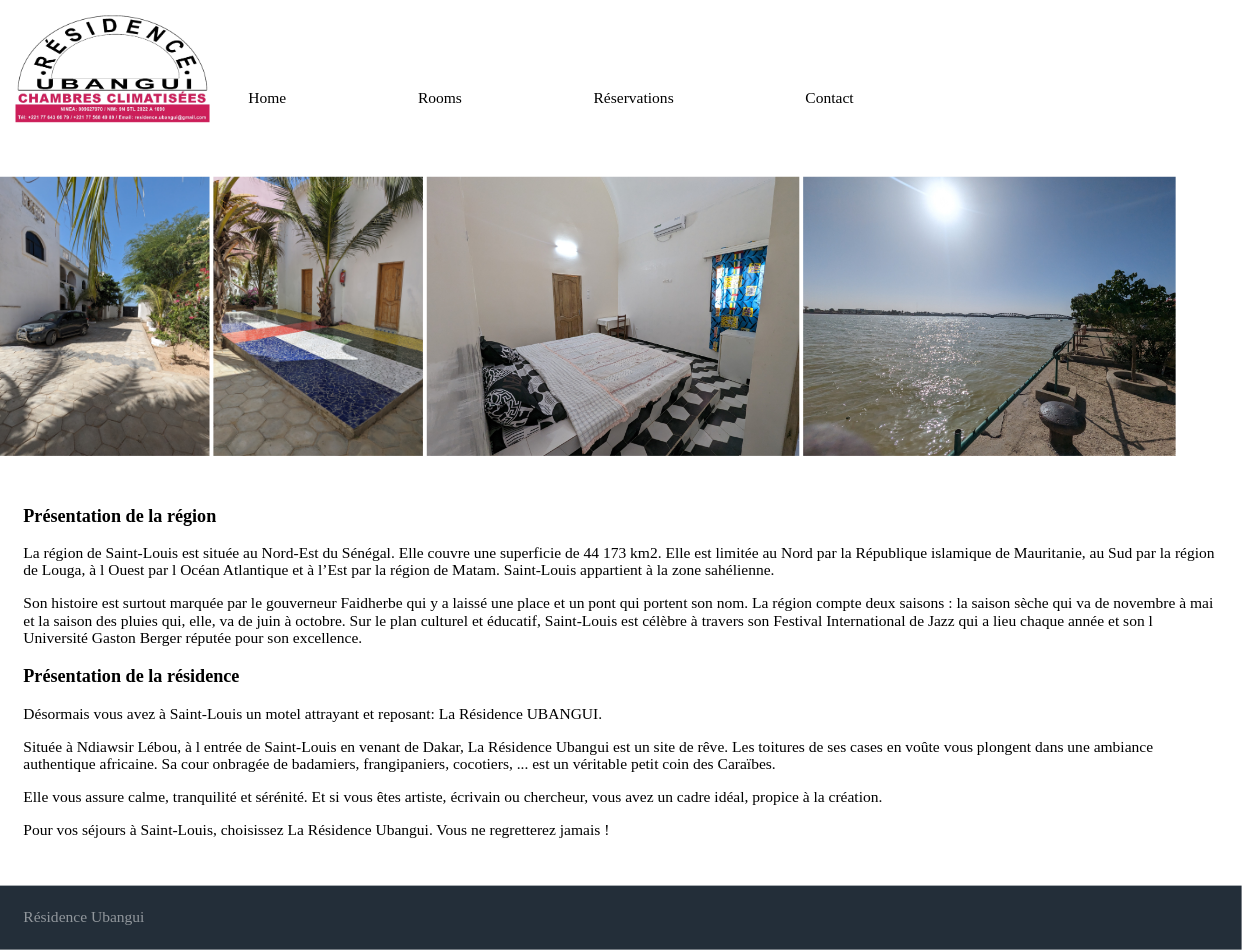
Repository: Nedjim/ubangui
Page: /
The author's editor kept a copy of each file at every save. The page is drawn from the files as they stood at one save, then again after the next save.
The browser window is 1280 px wide. The pictures show the whole page, at 97% of full size.
The project was rebuilt for these pictures with package versions that can differ from the ones it lists, and the page was loaded fresh each time. The framework's server and built-in components were replaced by stand-ins that run in the browser. Also part of the build but not shown: nuxt.config.ts, components/PageTitle.vue, components/Test.vue.

Above is the page before, as saved 2024-01-11 20:37:59.

### components/Carousel.vue
<template>
     <div class="carousel">
      <img src="~/assets/img/home-1.jpg" alt="home-1" />
      <img src="~/assets/img/home-2.jpg" alt="home-2" />
      <img src="~/assets/img/room-1.jpg" alt="room-1" />
      <img src="~/assets/img/landscape.jpg" alt="landscape" />
    </div>
</template>


<style scoped lang="scss">
.carousel {
  display: flex;
  overflow: hidden;
  height: 40vh;
  gap: 4px;
}
</style>

### components/Footer.vue
<template>
  <footer>
    <div class="content">
      Résidence Ubangui
    </div>
  </footer>
</template>

<style  scoped lang="scss">
footer {
  width: 100%;
  padding: 16px 0;
  background: #232e39;
  color: rgba(255,255,255,.5);

  .content {
    padding: 8px 24px;
  }
}
</style>

### components/Header.vue
<template>
  <header>
    <nav>
      <img class="logo" src="~/assets/img/logo.jpg" alt="logo-ubangui" />
      <ul>
        <li><NuxtLink to="/home">Home</NuxtLink></li>
        <li><NuxtLink to="/rooms">Rooms</NuxtLink></li>
        <li><NuxtLink to="/reservations">Réservations</NuxtLink></li>
        <li><NuxtLink to="/contact">Contact</NuxtLink></li>
      </ul>
    </nav>
  </header>
</template>

<style scoped lang="scss">
.logo {
  width: 200px;
}

header {
  padding: 16px;
}

nav {
  display: flex;
  margin-bottom: 40px;
  ul {
    width: 50%;
    display: flex;
    justify-content: space-between;
    align-items: flex-end;
    li {
      list-style-type: none;
      a {
        text-decoration: none;
        color: black;
      }
    }
  }
}
</style>

### app.vue
<script setup lang="ts">
useHead({
  title: "Ubangui",
  meta: [{ name: "Residence Ubangui", content: "Sénégal" }],
  bodyAttrs: {
    class: "test",
  },
  script: [{ innerHTML: "console.log('Hello world')" }],
});
</script>
<template>
  <div>
    <Header />
    <NuxtPage />
    <Footer />
  </div>
</template>

<style lang="scss">
body {
  margin: 0;
}
</style>

### pages/index.vue
<script setup lang="ts">
const region_intro =
  "La région de Saint-Louis est située au Nord-Est du Sénégal. Elle couvre une superficie de 44 173 km2. Elle est limitée au Nord par la République islamique de Mauritanie, au Sud par la région de Louga, à l Ouest par l Océan Atlantique et à l’Est par la région de Matam. Saint-Louis appartient à la zone sahélienne.";
const region_paragraph1 =
  "Son histoire est surtout marquée par le gouverneur Faidherbe qui y a laissé une place et un pont qui portent son nom. La région compte deux saisons : la saison sèche qui va de novembre à mai et la saison des pluies qui, elle, va de juin à octobre. Sur le plan culturel et éducatif, Saint-Louis est célèbre à travers son Festival International de Jazz qui a lieu chaque année et son l Université Gaston Berger réputée pour son excellence.";

const residence_intro =
  "Désormais vous avez à Saint-Louis un motel attrayant et reposant: La Résidence UBANGUI.";
const residence_paragraph1 =
  "Située à Ndiawsir Lébou, à l entrée de Saint-Louis en venant de Dakar, La Résidence Ubangui est un site de rêve. Les toitures de ses cases en voûte vous plongent dans une ambiance authentique africaine. Sa cour onbragée de badamiers, frangipaniers, cocotiers, ... est un véritable petit coin des Caraïbes.";
const residence_paragraph2 =
  "Elle vous assure calme, tranquilité et sérénité. Et si vous êtes artiste, écrivain ou chercheur, vous avez un cadre idéal, propice à la création.";
const residence_paragraph3 =
  "Pour vos séjours à Saint-Louis, choisissez La Résidence Ubangui. Vous ne regretterez jamais !";
</script>

<template>
  <div>
    <Carousel />
    <div class="presentation">
      <div>
        <h3>Présentation de la région</h3>
        <p>{{ region_intro }}</p>
        <p>{{ region_paragraph1 }}</p>
      </div>
      <div>
        <h3>Présentation de la résidence</h3>
        <p>{{ residence_intro }}</p>
        <p>{{ residence_paragraph1 }}</p>
        <p>{{ residence_paragraph2 }}</p>
        <p>{{ residence_paragraph3 }}</p>
      </div>
    </div>
  </div>
</template>
<style scoped lang="scss">
.presentation {
  padding: 32px 24px;
}
</style>

After the next save:
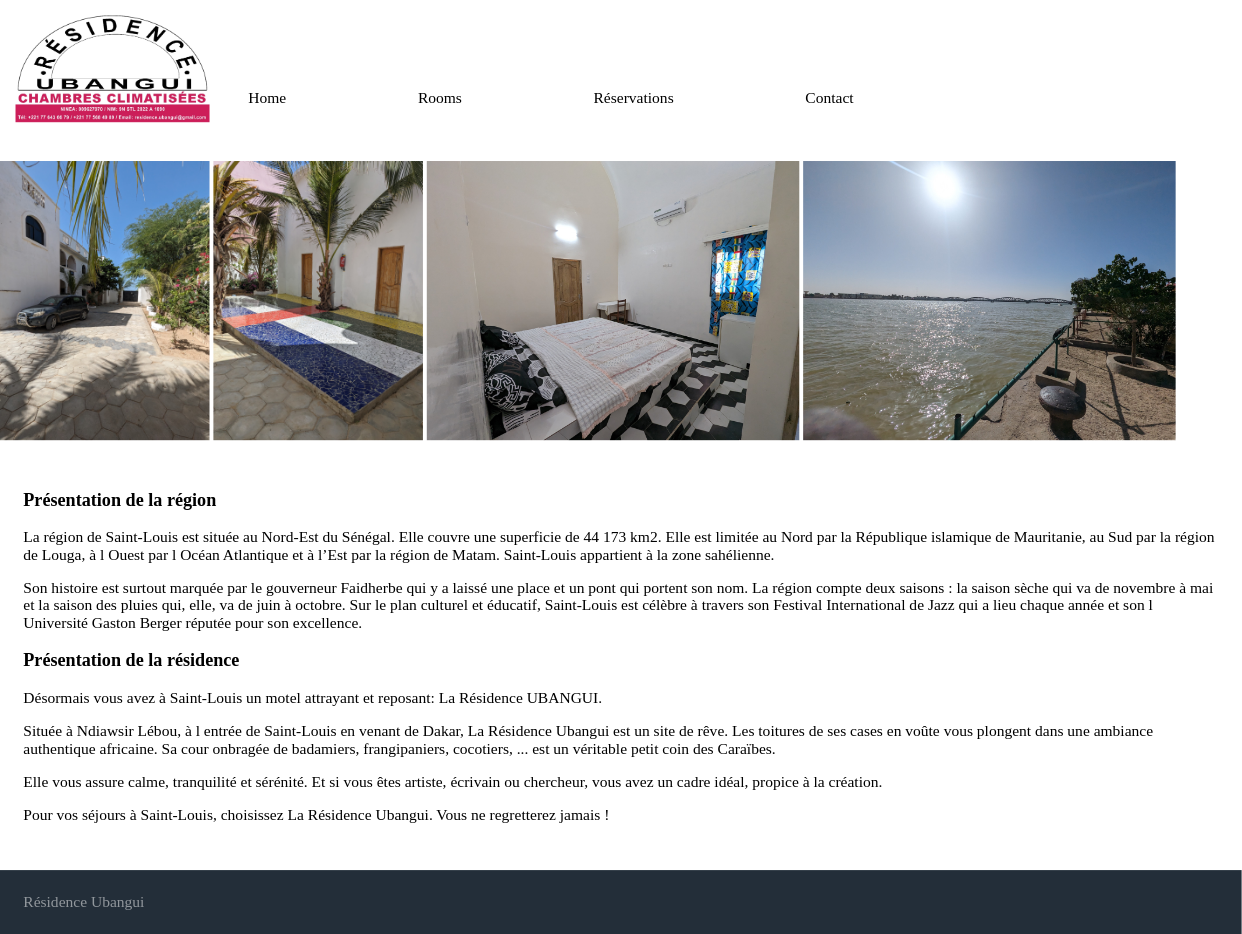
Saved 16 s later.
--- a/components/Header.vue
+++ b/components/Header.vue
@@ -23,7 +23,7 @@
 
 nav {
   display: flex;
-  margin-bottom: 40px;
+  margin-bottom: 24px;
   ul {
     width: 50%;
     display: flex;
